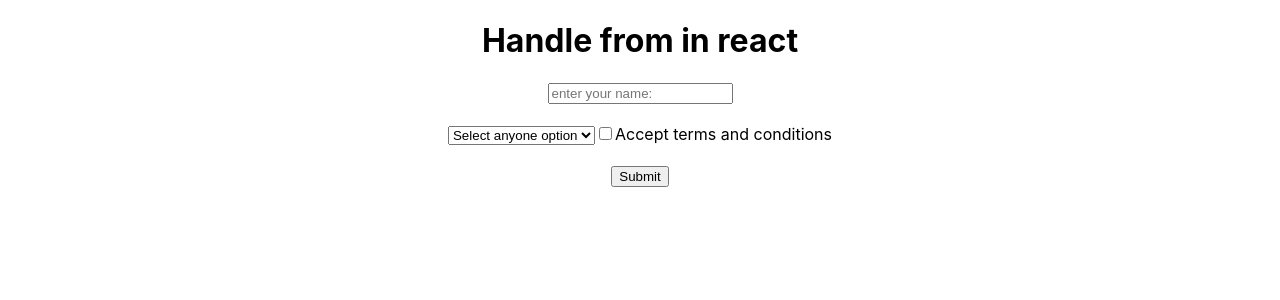
Repository: ShahbazGurmani/react-practice
Page: /
The author's editor kept a copy of each file at every save. The page is drawn from the files as they stood at one save, then again after the next save.
The browser window is 1280 px wide. The pictures show the whole page.
The project was rebuilt for these pictures with package versions that can differ from the ones it lists, and the page was loaded fresh each time. Also part of the build but not shown: src/User.js, src/Student.js, src/Records.js.

Above is the page before, as saved 2023-08-23 02:30:10.

### src/index.js
import React from 'react';
import ReactDOM from 'react-dom/client';
import './index.css';
import App from './App';
import Records from './Records';
import reportWebVitals from './reportWebVitals';

const root = ReactDOM.createRoot(document.getElementById('root'));
root.render(
  <React.StrictMode>
  <App/>
  </React.StrictMode>
);

// If you want to start measuring performance in your app, pass a function
// to log results (for example: reportWebVitals(console.log))
// or send to an analytics endpoint. Learn more: https://bit.ly/CRA-vitals
reportWebVitals();

### src/App.js
import logo from './logo.svg';
import React ,{useState} from 'react';
import './App.css';
import  './User';
import Student from './Student';

function App() {

  const [name,setName] = useState(0);
  const[value,setValue] = useState(null);
  const[status,setStatus] = useState(true);

  //simple function

  function apple()
  {
    setName(name+1)
  }

  function getValue(val)
  {
    console.log(val.target.value);
    setValue(val.target.value);
  }


  return (
    <div className="App">
      {/* <h1>{name}</h1> */}
      {/* <button onClick={apple}>
        click me
      </button> */}
      {/* with the help of arrow function() */}
      {/* <button onClick={()=>{apple()}}>
        click me
      </button>
      <Student name={name} email={"shahbaz@gmail.com"} />
      <button onClick={()=>{setName("shahbaz")}}>
        update name
      </button> */}

      {/* get input value from box */}
      {/* <h2>{value}</h2>
      <input type='text' onChange={getValue}></input> */}


      {/* {
        status?<h1>hello world</h1>:null
      } */}
      {/* <button onClick={setStatus(false)}>Hide</button>
      <button onClick={setStatus(true)}>Show</button> */}

      <h1>Handle from in react</h1>
       <form>
          <input type='text' placeholder='enter your name:'/><br/> <br/>
          <select>
                <option>Select anyone option</option>
                <option>Mravel</option>
                <option>BC</option>
          </select>
          <input type='checkbox' /><span>Accept terms and conditions</span><br/> <br/>
          <button type='submit'>Submit</button>
       </form>


    </div>

  );
}

export default App;

Loaded but not shown: public/index.html (common file); src/index.css (common file); src/reportWebVitals.js (common file); src/App.css (common file)

After the next save:
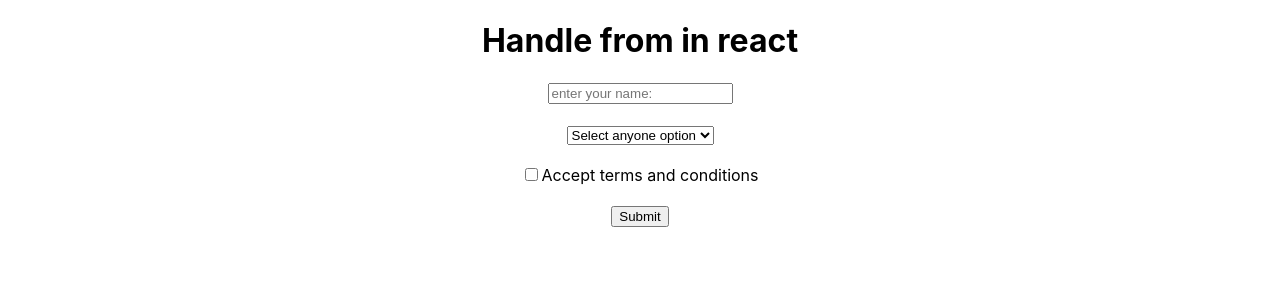
Saved 17 s later.
--- a/src/App.js
+++ b/src/App.js
@@ -57,7 +57,7 @@ function App() {
                 <option>Select anyone option</option>
                 <option>Mravel</option>
                 <option>BC</option>
-          </select>
+          </select><br/> <br/>
           <input type='checkbox' /><span>Accept terms and conditions</span><br/> <br/>
           <button type='submit'>Submit</button>
        </form>
